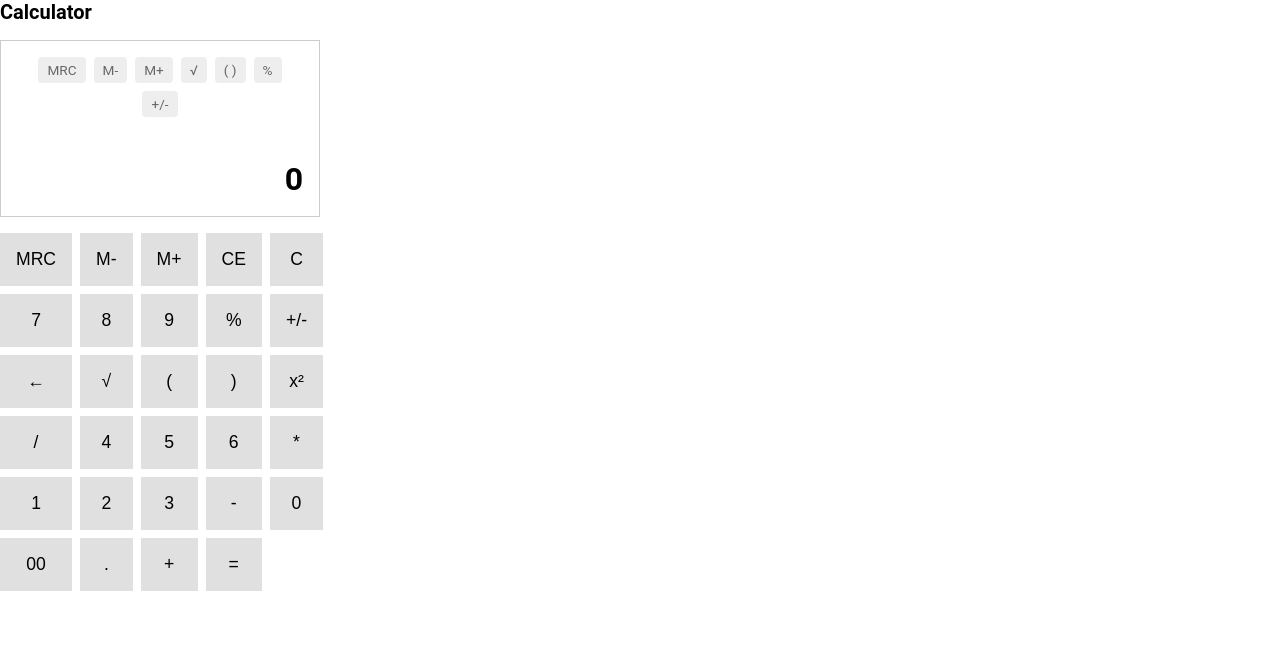
Repository: Denis793/CalculatorNew
Page: index.html
These files come from the project's save history. The page is drawn as it stood at one moment and after the next save; the edit follows.
The browser window is 1280 px wide. The pictures show the whole page.
The style sheet was rebuilt from its Sass, Less or Tailwind sources for each picture, by a compiler version that may differ from the author's.

Above is the page before, as saved 2025-05-17 16:59:33.

After the next save:
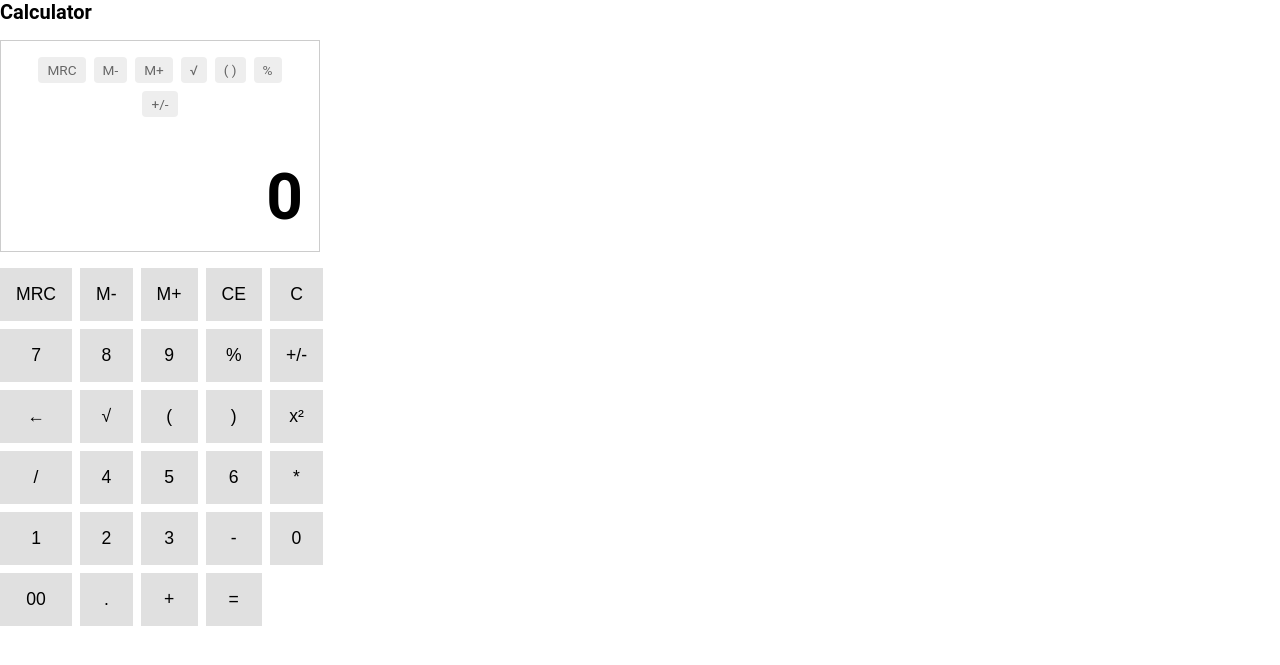
Saved 84 s later.
--- a/app/style/scss/main.scss
+++ b/app/style/scss/main.scss
@@ -23,7 +23,7 @@
 }
 
 .current {
-  font-size: 2rem;
+  font-size: 4rem;
   font-weight: bold;
   min-height: 2.5rem;
   color: #000;

After the save that followed:
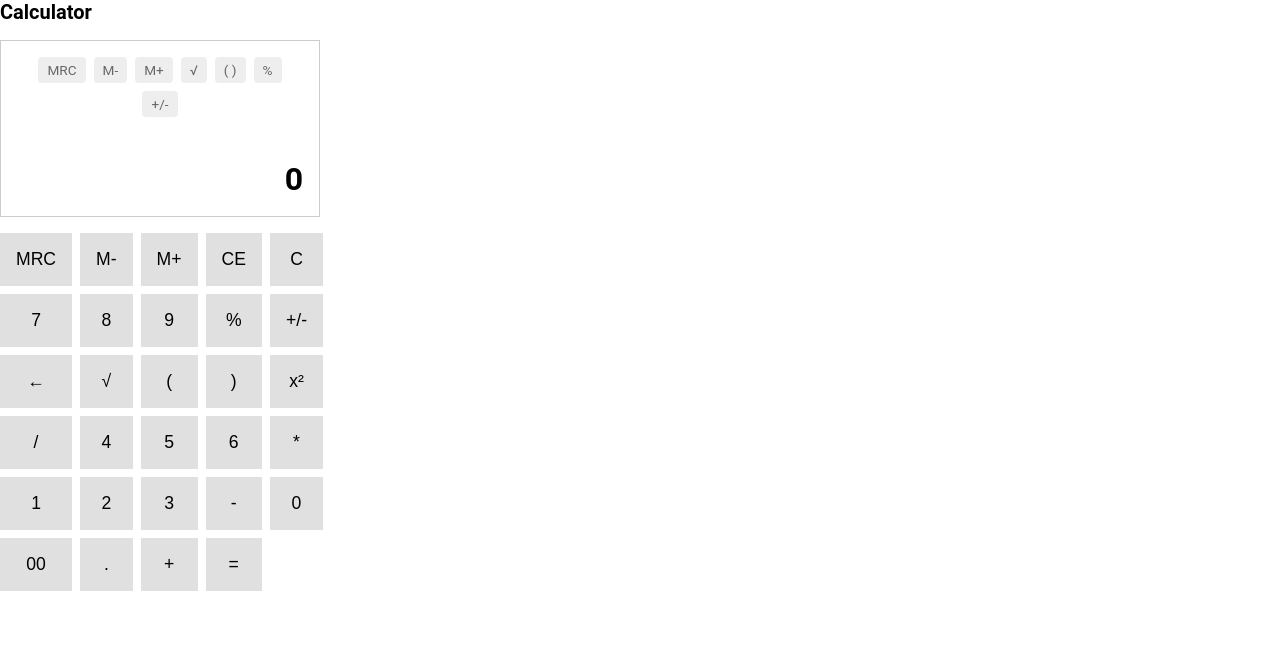
Saved 4 s later.
--- a/app/style/scss/main.scss
+++ b/app/style/scss/main.scss
@@ -23,7 +23,7 @@
 }
 
 .current {
-  font-size: 4rem;
+  font-size: 2rem;
   font-weight: bold;
   min-height: 2.5rem;
   color: #000;
